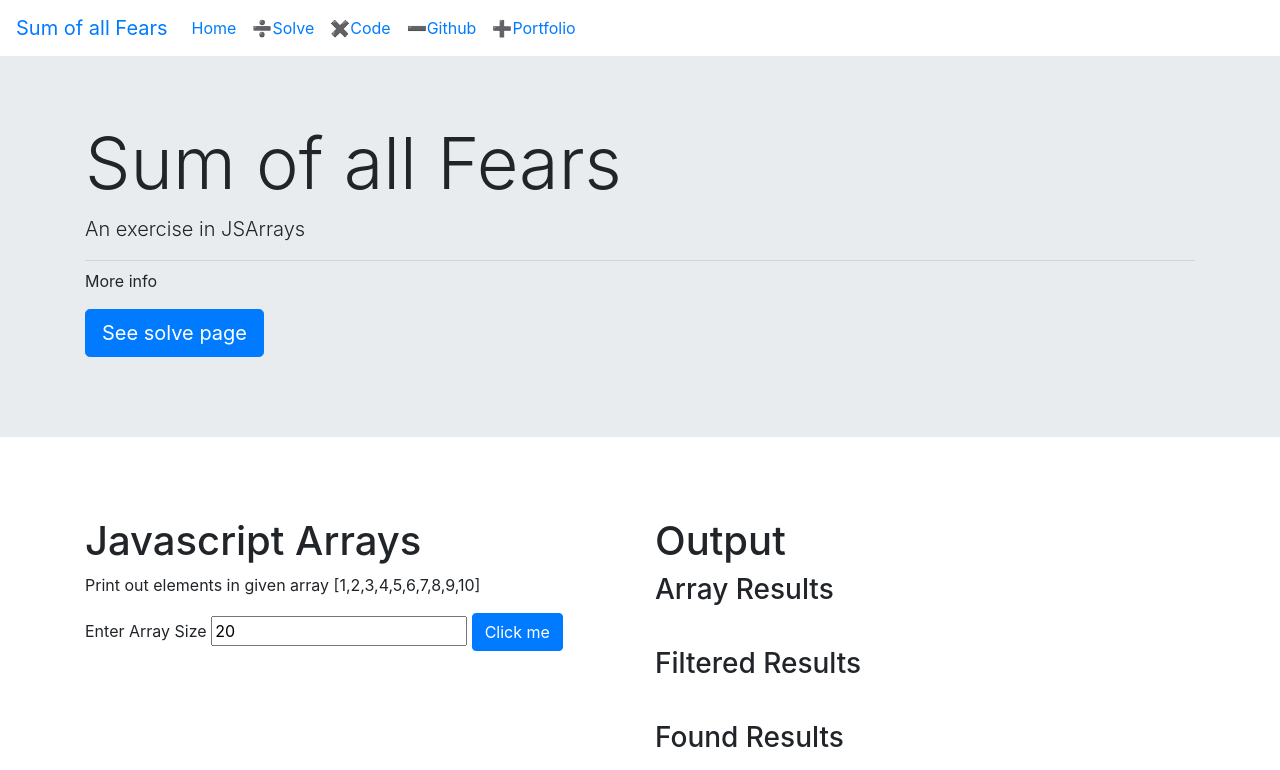
Repository: zhadjah9559/BrainBufferOverflow
Page: index.html
The author's editor kept a copy of each file at every save. The page is drawn from the files as they stood at one save, then again after the next save.
The browser window is 1280 px wide. The pictures show the whole page.

Above is the page before, as saved 2021-01-18 00:48:23.
Console error: TypeError: Cannot read properties of null (reading 'addEventListener')

After the next save:
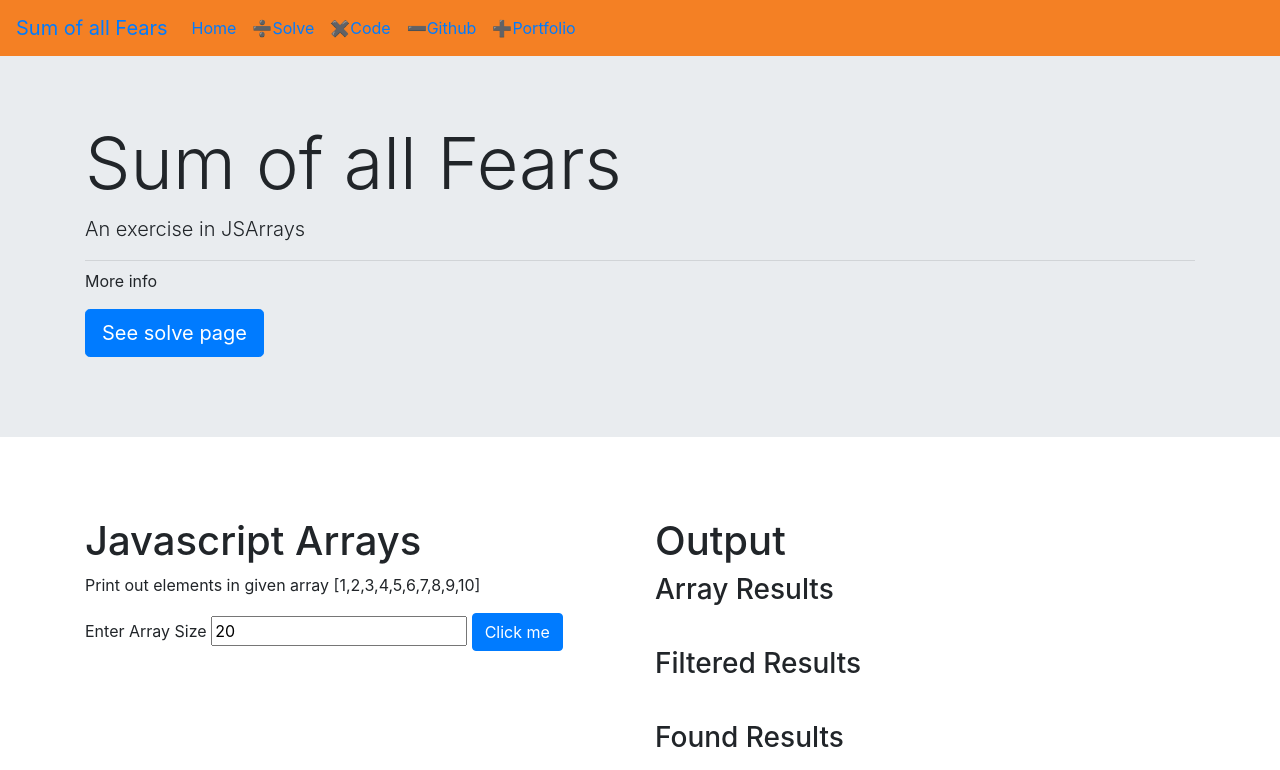
Saved 4 s later.
--- a/index.html
+++ b/index.html
@@ -12,7 +12,7 @@
   </head>
   <body>
 
-    <nav class="navbar navbar-expand-sm" style="background-color: F48024;">
+    <nav class="navbar navbar-expand-sm" style="background-color: #F48024;">
         <a class="navbar-brand" href="#">Sum of all Fears</a>
         <button class="navbar-toggler d-lg-none" type="button" data-toggle="collapse" data-target="#collapsibleNavId" aria-controls="collapsibleNavId"
             aria-expanded="false" aria-label="Toggle navigation"></button>
